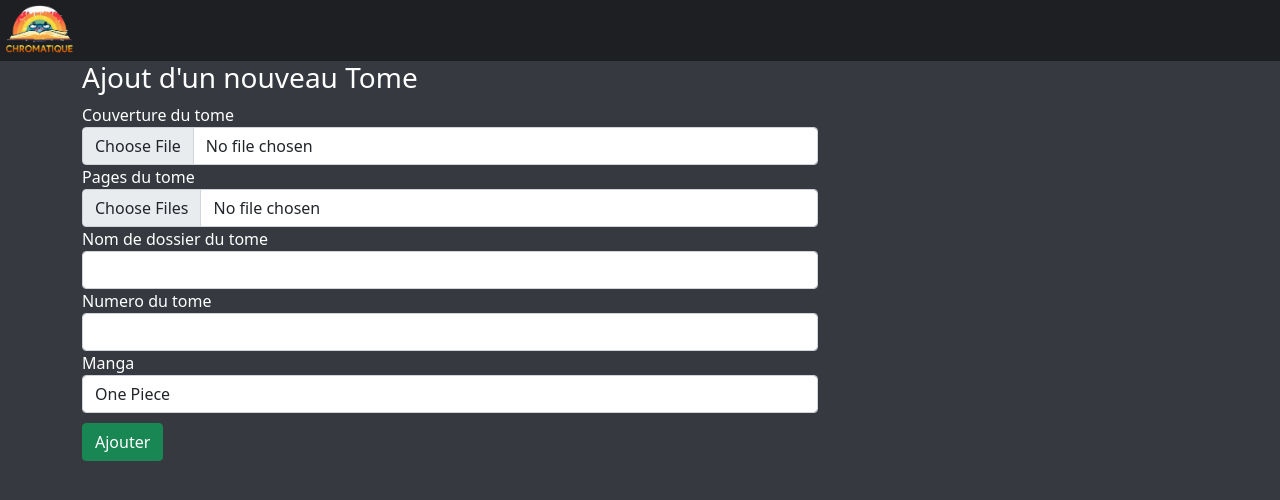
Repository: Codesieg/Chromatique
Page: http://localhost/admin/add/tome/1
The author's editor kept a copy of each file at every save. The page is drawn from the files as they stood at one save, then again after the next save.
The browser window is 1280 px wide. The pictures show the whole page.
Some icons come from a web library that is not loaded, so they are not drawn. The page is served by the project's Laravel application, run on PHP 8.4 with Laravel 8. Other server files are loaded and not shown. The database holds what the project's SQL file puts in it.

Above is the page before, as saved 2021-06-03 11:02:35.
Console error: TypeError: Cannot read properties of null (reading 'classList')

### chromatique/routes/web.php
<?php


use Illuminate\Support\Facades\Auth;
use Illuminate\Support\Facades\Route;
use App\Http\Controllers\PagesController;
use App\Http\Controllers\TomesController;
use App\Http\Controllers\MangasController;
use App\Http\Controllers\AdminTomesController;
use App\Http\Controllers\AdminMangasController;

/*
|--------------------------------------------------------------------------
| Web Routes
|--------------------------------------------------------------------------
|
| Here is where you can register web routes for your application. These
| routes are loaded by the RouteServiceProvider within a group which
| contains the "web" middleware group. Now create something great!
|
*/
//-------------- Route front ----------------
// Route::get('/', [MangasController::class,'browse'])->name('browse_mangas');

Route::get(
    '/',
    [MangasController::class, 'browse']
)->name('browse_mangas');

Route::get(
    '/tome/{id}',
    [TomesController::class,'browse']
)->name('browse_tomes');

Route::get(
    '/tome/page/{id}',
    [PagesController::class,'read']
)->name('browse_pages');

//-------------- Route back manga ----------------

Route::get(
    '/admin',
    [AdminMangasController::class, 'browse']
)->name('admin_browse_mangas');

Route::get(
    '/admin/add/manga',
    [AdminMangasController::class, 'form']
)->name('admin_form_manga');

Route::post(
    '/admin/add/manga',
    [AdminMangasController::class, 'add']
)->name('admin_add_manga');

Route::delete(
    '/admin/delete/{id}',
    [AdminMangasController::class, 'delete']
)->name('admin_delete_manga');

//-------------- Route back tome ----------------

// On récupère l'id du manga sur cette route et on affiche le formulaire d'ajout d'un tome par rapport à ça franchise
Route::get(
    '/admin/add/tome/{id}',
    [AdminTomesController::class, 'form']
)->name('admin_form_tome');

// On ajoute un tome
Route::post(
    '/admin/add/tome',
    [AdminTomesController::class, 'add']
)->name('admin_add_tome');

// On liste tous les tomes de tous les mangas
Route::get(
    '/admin/tome/',
    [AdminTomesController::class, 'browse']
)->name('admin_browse_tomes');

// On liste tous les tomes d'un manga
Route::get(
    '/admin/tome/{id}',
    [AdminTomesController::class, 'read']
)->name('admin_read_tome');

// Permet de supprimer un tome
Route::delete(
    '/admin/delete/tome/{id}',
    [AdminTomesController::class, 'delete']
)->name('admin_delete_tome');

Auth::routes();

Route::get(
        '/home',
        [HomeController::class, 'index']
)->name('home');

### chromatique/app/Http/Controllers/Auth/ConfirmPasswordController.php
<?php

namespace App\Http\Controllers\Auth;

use App\Http\Controllers\Controller;
use App\Providers\RouteServiceProvider;
use Illuminate\Foundation\Auth\ConfirmsPasswords;

class ConfirmPasswordController extends Controller
{
    /*
    |--------------------------------------------------------------------------
    | Confirm Password Controller
    |--------------------------------------------------------------------------
    |
    | This controller is responsible for handling password confirmations and
    | uses a simple trait to include the behavior. You're free to explore
    | this trait and override any functions that require customization.
    |
    */

    use ConfirmsPasswords;

    /**
     * Where to redirect users when the intended url fails.
     *
     * @var string
     */
    protected $redirectTo = RouteServiceProvider::LOGIN;

    /**
     * Create a new controller instance.
     *
     * @return void
     */
    public function __construct()
    {
        $this->middleware('auth');
    }
}

### chromatique/app/Http/Controllers/AdminTomesController.php
<?php

namespace App\Http\Controllers;

use App\Models\Pages;
use App\Models\Tomes;
use App\Models\Mangas;
use Illuminate\Http\Request;
use Illuminate\Support\Facades\DB;
use App\Http\Controllers\Controller;
use Illuminate\Support\Facades\Storage;


class AdminTomesController extends Controller
{
    /**
     * Show all the tomes in database.
     *
     * @return App\Models\Tomes
     */
    public function browse()
    {
        $listTomes = Tomes::all();

        return view('admin/tomes/detail', [
            'listTomes' => $listTomes
        ]);
    }

    /**
     * Show the tome by id.
     *
     * @return App\Models\Tomes
     */
    public function read($id)
    {
        $listTomes = Tomes::where('manga_id', $id)->get();
        $mangaName = Mangas::find($id);

        // dump($mangaName, $listTomes);

        return view('admin/tomes/detail', compact('listTomes', 'mangaName'));
    }


    /**
     * Modify the tome by id.
     *
     * @return App\Models\Tomes
     */
    public function edit($id)
    {
        return view('admin/tomes/form', [
            'manga' => Tomes::find($id)
        ]);
    }

    /**
     * Redirect to page for add a new tome.
     *
     *
     * @return void
     */
    public function form($id)
    {
        $mangasLists = Mangas::where('id', $id)
        ->get();
        // dd($mangasLists);

        return view('admin/tomes/form',
        ['mangasLists' => $mangasLists]
    );
    }

    /**
     *Add a new tome.
     *
     * @return App\Models\Tomes
     */
    public function add(Request $request)
    {
        // Récupération des entrées du formulaires
        $this->validate($request, [
                'tomeJacket' => 'required',
                'tomeJacket.*' => 'mimes:jpg,png'
                ]);
        $this->validate($request, [
            'pages' => 'required',
            'pages.*' => 'mimes:jpg,png'
        ]);

        $tomeName = $request->input('tomeName');
        $tomeNumber = $request->input('tomeNumber');
        $mangaId = $request->input('mangaId');


        // Récupération du répertoir du manga
        $mangaDirectory = Mangas::where('id', $mangaId)
                            ->get();

        foreach ($mangaDirectory as $manga) {
            $mangaDirectory = $manga->manga_directory;
            // dd($mangaDirectory);
        }

        // à la création d'un nouveau tome, il faut créer un nouveau dossier (tomme xx)
        // Récupérer le nom du fichier et le renomer
        if($request->hasfile('tomeJacket'))
            {
                $jacket = $request->file('tomeJacket');
                $jacketName = '/' . $tomeName . '/' . $tomeName . '.' . $jacket->extension();
                $jacket->move(public_path().'/assets/mangas/'. $mangaDirectory . '/'. ucfirst($tomeName), $jacketName);

                  // Création du tome :
        $tome = new Tomes();
        $tome->tome_name = $tomeName;
        $tome->tome_jacket = ucfirst($jacketName);
        $tome->tome_number = $tomeNumber;
        $tome->manga_id = $mangaId;
        $tome->created_at = new \datetime();
        $tome->save();
        $lastTomeId = $tome->id;
        // dd($lastTomeId);
            }
        // Boucle sur les pages
            if($request->hasfile('pages'))
            {
                foreach ($request->file('pages') as $page) {
                    // dump($page->getClientOriginalName());
                    $pageName = $mangaDirectory . '/' . $tomeName . '/' . $page->getClientOriginalName();
                    $page->move(public_path().'/assets/mangas/'. $mangaDirectory . '/'. ucfirst($tomeName), $pageName);
                    $pageNumber = explode('-', $pageName);
                    // dd(substr($pageNumber[1], 0, 2));
                       // Création des pages du page :
                    $page = new Pages();
                    $page->page_name = $pageName;
                    $page->page_number = substr($pageNumber[1], 0, 2);
                    // faire un explode sur le nom du fichier
                    $page->tome_id = $lastTomeId;
                    // $page->chapters_id = $pageNumber[0];
                    $page->created_at = new \datetime();
                    $page->save();

                }

            }
        return redirect()->route('admin_browse_tomes');
    }

    /**
     * DELETE a tome.
     *
     * @return App\Models\Tomes
     */
    public function delete($id)
    {
        $tome = Tomes::find($id);
        $directory = $tome->getDirectory();
        dd($directory, $tome);

        if ($tome) {
            $tome::destroy($id);
            Storage::deleteDirectory($directory);
            return back()->with($id . " supprimer", 200);
        } else {
            return back()->with('nop');
        }
    }

}

### chromatique/app/Models/Mangas.php
<?php

namespace App\Models;

use Illuminate\Database\Eloquent\Factories\HasFactory;
use Illuminate\Database\Eloquent\Model;

class Mangas extends Model
{
    use HasFactory;
    protected $fillable = [
        'manga_name',
        'manga_jacket',
        'author',
        'synopsis',
        'manga_banner',
        'manga_directory',
        'manga_home_order',
        'users_id',
        'chapter_id',
    ];

    /**
     * Get the tomes for the manga.
     */
    public function tomes()
    {
        return $this->hasMany(Tomes::class);
    }

}

### chromatique/resources/views/admin/tomes/form.blade.php
@extends ('layout')

@section('contenu')
<div class="container">
  <div class="row">
  <h3 class="col-8 text-white">Ajout d'un nouveau Tome</h3>
  <form method="post" action="{{route('admin_add_tome')}}" enctype="multipart/form-data" class="col-8 align-self-center">
    {{csrf_field()}}
      <div class="">
        <label class="text-white" for="tomeJacket">Couverture du tome</label>
        <input type="file" name="tomeJacket" class="myfrm form-control">
      </div>

      <div class="">
        <label class="text-white" for="pages">Pages du tome</label>
        <input type="file" name="pages[]" class="myfrm form-control" multiple="multiple">
      </div>

      <div class="" >
        <label class="text-white" for="tomeName">Nom de dossier du tome</label>
        <input class="form-control" type="text" name="tomeName" id="tomeName">
      </div>

      <div class="form-group" >
        <label class="text-white" for="tomeNumber">Numero du tome</label>
        <input class="form-control" type="text" name="tomeNumber" id="tomeNumber">
      </div>

      <div class="form-group" >
        <label class="text-white" for="mangaId">Manga</label>
          <select class="form-control" name="mangaId" id="mangaId">
              @foreach ($mangasLists as $manga)
            <option value="{{$manga->id}}">{{$manga->manga_name}}</option>
            @endforeach
          </select>
    </div>

      <button type="submit" class="btn btn-success" style="margin-top:10px">Ajouter</button>
  </form>
  </div>

</div>
@endsection

### chromatique/resources/views/layout.blade.php
<!DOCTYPE html>
<html lang="fr">

<head>
    <meta charset="UTF-8">
    <meta http-equiv="X-UA-Compatible" content="IE=edge">
    <meta name="viewport" content="width=device-width, initial-scale=1.0">
    <title>Chromatique</title>
    <link rel="stylesheet" href="https://maxst.icons8.com/vue-static/landings/line-awesome/line-awesome/1.3.0/css/line-awesome.min.css">
    <link rel="stylesheet" href="<?= asset('assets/css/reset.css') ?>">
    <link href="https://cdn.jsdelivr.net/npm/bootstrap@5.0.0-beta3/dist/css/bootstrap.min.css" rel="stylesheet" integrity="sha384-eOJMYsd53ii+scO/bJGFsiCZc+5NDVN2yr8+0RDqr0Ql0h+rP48ckxlpbzKgwra6" crossorigin="anonymous">

    <link rel="stylesheet" href="<?= asset('assets/css/style.css') ?>">
</head>

<header>
    <div class="infos-menu">
        <div class="wrapper-menu">
            <img class="logo" src="<?= asset('assets/img/logo.png') ?>" alt="">
            <a href="{{route('browse_mangas')}}"><i class="las la-3x la-home white"></i></a>
            <a href="{{route('admin_browse_mangas')}}"><i class="las la-3x la-user-shield white"></i></a>
            <a href="https://discord.gg/3HH8Usj"><i class="lab la-3x la-discord white"></i></a>
            <a href="#"><i class="lab la-3x la-telegram white"></i></a>
            <a href="#"><i class="las la-3x la-info-circle white"></i></a>
        </div>
    </div>
</header>
<body >
    <!-- wrap -->

    @yield('contenu')



</body>
<script src="https://cdn.jsdelivr.net/npm/bootstrap@5.0.0-beta3/dist/js/bootstrap.bundle.min.js" integrity="sha384-JEW9xMcG8R+pH31jmWH6WWP0WintQrMb4s7ZOdauHnUtxwoG2vI5DkLtS3qm9Ekf" crossorigin="anonymous"></script>
<script type="text/javascript" src="{{ URL::asset('assets/js/app.js') }}"></script>
</html>

### chromatique/public/assets/css/reset.css
/* http://meyerweb.com/eric/tools/css/reset/
   v2.0 | 20110126
   License: none (public domain)
*/

html,
body,
div,
span,
applet,
object,
iframe,
h1,
h2,
h3,
h4,
h5,
h6,
p,
blockquote,
pre,
a,
abbr,
acronym,
address,
big,
cite,
code,
del,
dfn,
em,
img,
ins,
kbd,
q,
s,
samp,
small,
strike,
strong,
sub,
sup,
tt,
var,
b,
u,
i,
center,
dl,
dt,
dd,
ol,
ul,
li,
fieldset,
form,
label,
legend,
table,
caption,
tbody,
tfoot,
thead,
tr,
th,
td,
article,
aside,
canvas,
details,
embed,
figure,
figcaption,
footer,
header,
hgroup,
menu,
nav,
output,
ruby,
section,
summary,
time,
mark,
audio,
video {
    margin: 0;
    padding: 0;
    border: 0;
    font-size: 100%;
    font: inherit;
    vertical-align: baseline;
}

a {
    text-decoration: none;
}


/* HTML5 display-role reset for older browsers */

article,
aside,
details,
figcaption,
figure,
footer,
header,
hgroup,
menu,
nav,
section {
    display: block;
}

body {
    line-height: 1;
}

ol,
ul {
    list-style: none;
}

blockquote,
q {
    quotes: none;
}

blockquote:before,
blockquote:after,
q:before,
q:after {
    content: '';
    content: none;
}

table {
    border-collapse: collapse;
    border-spacing: 0;
}

### chromatique/public/assets/css/style.css
body {
    margin: 0;
    background-color: #36393F;
}

.logo {
    margin: 5px 5px 5px 5px;
    width: 10%;
}

.logo__left {
    width: 50px
}

.infos-menu {
    display: flex;
    align-items: center;
    justify-content: space-between;
    background-color: #1e1f22;
    position: sticky;
}

.infos-menu i {
    margin-left: 2px;
}

.wrapper-menu {
    display: flex;
    align-items: center;
}

.la-user-shield {
    margin: 0 10px 0 0;
}

.search {
    position: relative;
    margin: 10px 0 0 0;
    float: left;
    top: 50px;
    right: 50px;
}

.field {
    border: 0 !important;
    width: 100% !important;
    height: 100% !important;
    padding: 10px 20px !important;
    background: white !important;
    border-radius: 3px !important;
    box-shadow: 0px 8px 15px rgba(75, 72, 72, 0.1) !important;
    -webkit-transition: all 0.4s ease !important;
    transition: all 0.4s ease !important;
}

.login {
    display: flex;
    align-items: center;
    margin: 0 20px 0 0px;
}

.login a {
    margin: 0 5px 0 5px;
    text-decoration: none;
    font-size: 1.5em;
    color: #fff;
    padding: 5px 5px 5px 5px;
}

.dropdown-login {
    position: relative;
    display: inline-block;
    margin: 0 0 0 50px;
}

.dropdown-login:hover .dropdown-content {
    display: flex;
    flex-direction: column;
}

.dropdown-content {
    display: none;
    position: absolute;
    background-color: #1e1f22;
    min-width: 260px;
    top: 85%;
    right: 5%;
    box-shadow: 0px 8px 16px 0px rgba(0, 0, 0, 0.2);
    padding: 30px 8px 16px 8px;
    z-index: 1;
}

.white {
    color: #ffff;
    text-decoration: none;
}

p {
    color: white;
}

.title {
    font-size: 1.5em;
    padding: 10px 10px 10px 0;
    border-bottom: solid #DCDDDE 1px;
}

.synopsis {
    text-align: left !important;
}

.main {
    width: 80%;
    margin: 20px auto;
    display: flex;
    justify-content: center;
}

.content {
    display: flex;
    flex-direction: column;
}

.hot {
    border-bottom: solid #DCDDDE 1px;
    color: #DCDDDE;
    font-size: 1.8em;
    padding: 0 0 5px 0;
}

.cards {
    display: flex;
    justify-content: center;
    align-self: center;
    flex-wrap: wrap;
    width: 60%;
}

.card {
    background-color: #1e1f22;
    margin: 10px;
    padding: 10px;
    display: flex;
    flex-direction: column;
    overflow: hidden;
}

.card p {
    text-align: center;
    margin: 7px 0 0 0;
}

.stats {
    display: flex;
    margin: 10px 0 10px 0;
}

.views {
    display: flex;
}

.resume {
    width: 75%;
    margin: 5px 0 0 0;
    font-size: 1.2em;
    font-family: 'Lucida Sans', 'Lucida Sans Regular', 'Lucida Grande', 'Lucida Sans Unicode', Geneva, Verdana, sans-serif;
}

.cover {
    width: 290px;
    height: 450px;
    display: flex;
    align-self: center;
    transition: 0.5s;
}

.cover:hover {
    transform: scale(1.5);
}


/* .main-cover {
    position: relative;
    float: right;
    top: 50px;
    left: 100px;
} */

.main-text {
    position: absolute;
    left: 0;
    bottom: 0;
    z-index: 1;
    width: 100%;
    height: 50%;
    background-image: linear-gradient( to bottom, transparent, rgba(0, 0, 0, 0.84) 85%, #000);
    padding: 64px 15px 0 15px;
    border-radius: 3px;
}

.main-text--bottom {
    height: 30%;
}


/*  Détails page admin */

.manga-thumb {
    width: 20%;
}


/*  Zoom des pages */

.zoom {
    margin: 1%;
    padding: 0.3em;
    width: 6%;
    background-color: #1e1f226e;
    border-radius: 20px;
    position: absolute;
    float: left;
    top: 850px;
    left: 0px;
    display: flex;
    justify-content: space-evenly;
    position: fixed;
}

.page {
    display: flex;
    flex-direction: column;
    justify-content: center;
}

.scale {
    width: 50%;
    margin: 1% auto;
}

.zoom-in,
.zoom-out {
    cursor: pointer;
}


/* Suppression des messages flash */

.flash-fade {
    opacity: 0;
    transition: opacity 5s;
}


/* Présentations des tomes */

.banner {
    opacity: 0.8;
    display: flex;
    justify-content: center;
    background-image: linear-gradient(to bottom, rgba(253, 250, 250, 0.199), rgba(8, 8, 8, 10.5)), url(../mangas/One_Piece/one_piece_banner.jpg);
    background-color: #DCDDDE;
    background-repeat: no-repeat;
    background-size: cover;
    width: 100%;
    height: 600px;
}

.details {
    display: flex;
    justify-content: center;
}

.details-main-cover {
    width: 250px;
    height: 350px;
    display: flex;
    align-self: center;
}

.details-manga-cover {
    border: 3px solid white;
    border-radius: 3px;
    position: relative;
    bottom: 60px;
}

.details-infos {
    width: 40%;
}

### chromatique/public/assets/js/app.js
// module principal

const app = {
    // on initialise le js
    init: function() {
        console.log('%c' + 'Methode init executée', 'color: #f0f; font-size: 1rem; background-color:#fff');
        // Ciblage du bouton de fermeture des message
        document.addEventListener("DOMContentLoaded", app.closeFlash());

        //ciblage du bouton de zoom in
        let zoomIn = document.querySelector(".zoom-in");
        zoomIn.addEventListener("click", app.zoomIn);

        //ciblage du bouton de zoom out
        let zoomOut = document.querySelector(".zoom-out");
        zoomOut.addEventListener("click", app.zoomOut);


    },

    // fonction pour le zoom in
    zoomIn: function() {
        // on récupére l'élément .page pour lui définir une nouvelle taill
        const pageElementsList = document.querySelectorAll(".page");
        // On cré une boucle afin de récupérer tout les pages d'un tome
        for (let pageElement of pageElementsList) {
            // On récupére la taille actuelle de la page
            const width = pageElement.offsetWidth;
            // On lui ajoute 20px à chaque clique
            pageElement.style.width = (width + 20) + "px";
        }

    },

    zoomOut: function() {
        const pageElementsList = document.querySelectorAll(".page");
        for (let pageElement of pageElementsList) {
            const width = pageElement.offsetWidth;
            pageElement.style.width = (width - 20) + "px";
        }
    },

    closeFlash: function() {
        const flashElement = document.querySelector(".alert");
        flashElement.classList.add("flash-fade");
    },

};
// initialisation du js une fois que toute la apge est chargé
document.addEventListener('DOMContentLoaded', app.init);

console.log('%c' + 'Scrip.js chargé', 'color: #f0f; font-size: 1rem; background-color:#fff');

### Docs/chromatique.sql (the tables this page reads)
CREATE TABLE IF NOT EXISTS `mangas` (
  `id` int(10) UNSIGNED NOT NULL AUTO_INCREMENT,
  `manga_name` varchar(45) DEFAULT NULL COMMENT 'Nom du manga',
  `author` varchar(45) DEFAULT NULL COMMENT 'Auteur du manga',
  `synopsis` mediumtext COMMENT 'Résumé du manga',
  `manga_jacket` varchar(255) NOT NULL COMMENT 'Couverture du manga',
  `manga_banner` varchar(45) DEFAULT NULL COMMENT 'bannière de page du manga',
  `manga_directory` varchar(60) DEFAULT NULL,
  `home_order` int(11) DEFAULT '0',
  `created_at` timestamp NULL DEFAULT NULL,
  `updated_at` timestamp NULL DEFAULT NULL,
  `users_id` int(10) UNSIGNED NOT NULL,
  `chapter_id` int(11) NOT NULL,
  PRIMARY KEY (`id`,`users_id`),
  UNIQUE KEY `id_UNIQUE` (`id`),
  KEY `fk_mangas_users1_idx` (`users_id`)
) ENGINE=InnoDB AUTO_INCREMENT=34 DEFAULT CHARSET=utf8;

INSERT INTO `mangas` (`id`, `manga_name`, `author`, `synopsis`, `manga_jacket`, `manga_banner`, `manga_directory`, `home_order`, `created_at`, `updated_at`, `users_id`, `chapter_id`) VALUES
(1, 'One Piece', NULL, NULL, '/tome_93/tome-93.jpg', NULL, '/One_Piece', 0, '2021-04-02 22:00:00', NULL, 1, 0),
(29, 'Dragon Ball Super', NULL, NULL, '/Dragon Ball Super/Dragon Ball Super.jpg', NULL, NULL, 0, '2021-04-18 14:55:32', '2021-04-18 14:55:32', 1, 0),
(30, 'Highschool of the dead', NULL, NULL, '/Highschool of the dead/Highschool of the dead.jpg', NULL, NULL, 0, '2021-04-18 14:56:57', '2021-04-18 14:56:57', 1, 0),
(31, 'Hunter X Hunter', NULL, NULL, '/Hunter X Hunter/Hunter X Hunter.jpg', NULL, NULL, 0, '2021-04-18 14:57:26', '2021-04-18 14:57:26', 1, 0),
(32, 'Naruto', NULL, NULL, '/Naruto/Naruto.jpg', NULL, NULL, 0, '2021-04-18 15:02:12', '2021-04-18 15:02:12', 1, 0),
(33, 'Demon Slayer', NULL, NULL, '/Demon Slayer/Demon Slayer.jpg', NULL, NULL, 0, '2021-04-18 15:02:30', '2021-04-18 15:02:30', 1, 0);

ALTER TABLE `mangas`
  ADD CONSTRAINT `fk_mangas_users1` FOREIGN KEY (`users_id`) REFERENCES `users` (`id`) ON DELETE NO ACTION ON UPDATE NO ACTION;

Loaded but not shown: chromatique/app/Providers/AppServiceProvider.php (common file); chromatique/app/Http/Controllers/Controller.php (common file)

After the next save:
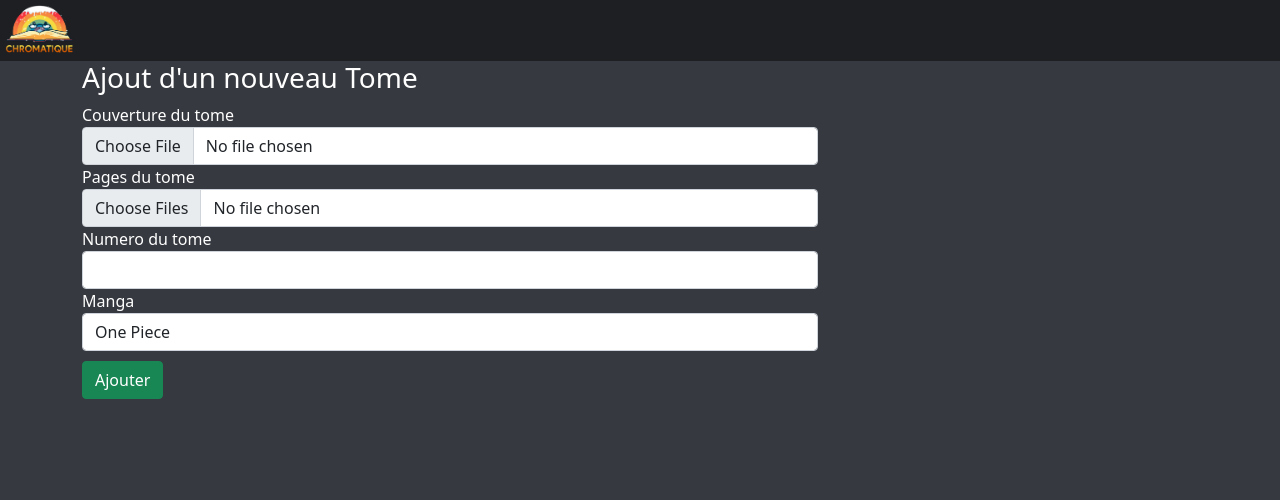
Saved 7 min 58 s later.
--- a/chromatique/resources/views/admin/tomes/form.blade.php
+++ b/chromatique/resources/views/admin/tomes/form.blade.php
@@ -7,18 +7,13 @@
   <form method="post" action="{{route('admin_add_tome')}}" enctype="multipart/form-data" class="col-8 align-self-center">
     {{csrf_field()}}
       <div class="">
-        <label class="text-white" for="tomeJacket">Couverture du tome</label>
-        <input type="file" name="tomeJacket" class="myfrm form-control">
+        <label class="text-white" for="tomePath">Couverture du tome</label>
+        <input type="file" name="tomePath" class="myfrm form-control">
       </div>
 
       <div class="">
         <label class="text-white" for="pages">Pages du tome</label>
         <input type="file" name="pages[]" class="myfrm form-control" multiple="multiple">
-      </div>
-
-      <div class="" >
-        <label class="text-white" for="tomeName">Nom de dossier du tome</label>
-        <input class="form-control" type="text" name="tomeName" id="tomeName">
       </div>
 
       <div class="form-group" >
